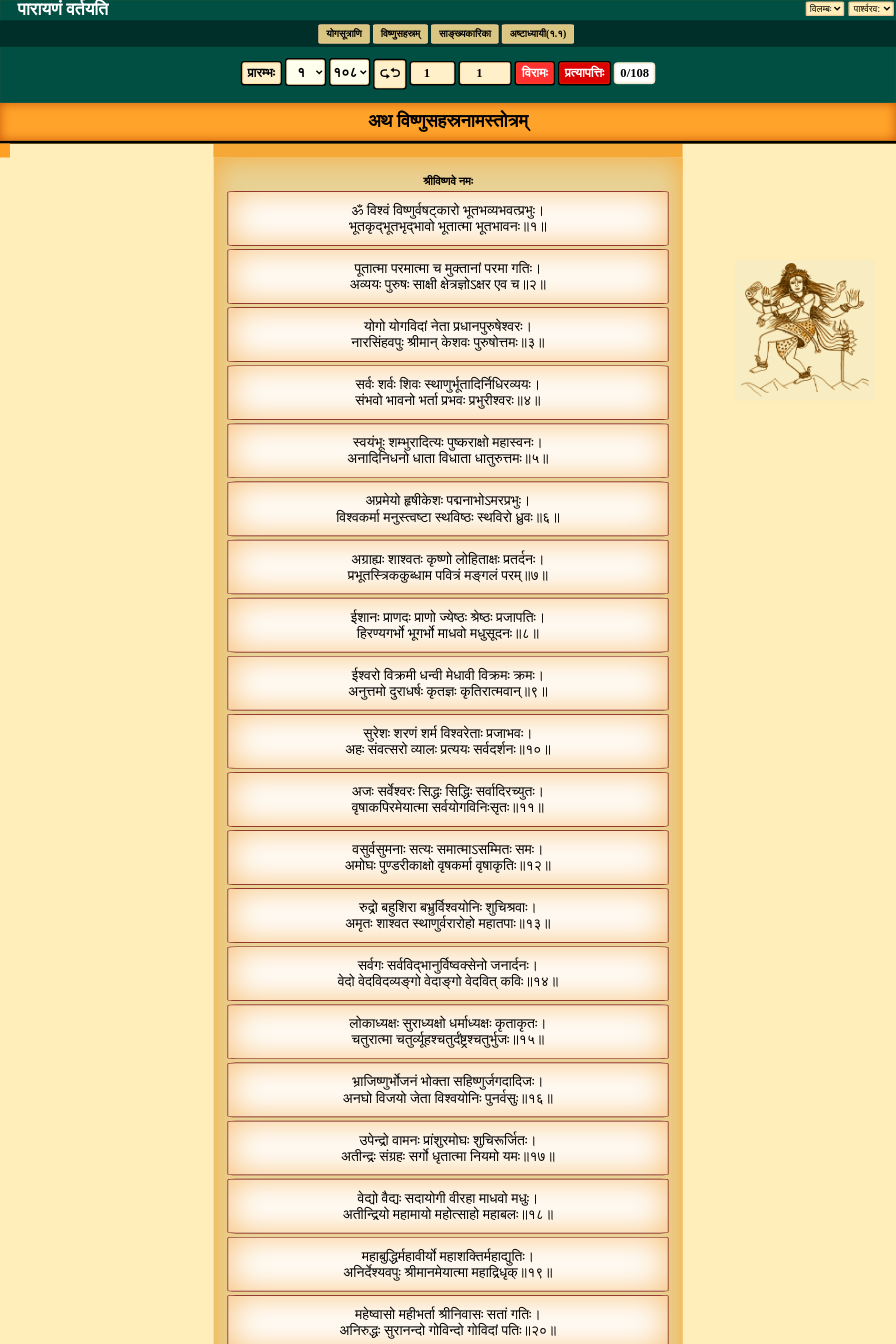
Repository: arshavak/vishnu-sahasranam
Page: index.html
An editor plug-in stored every save of this project. The page is shown before and after the next save, followed by the edit.
The browser window is 1280 px wide. The pictures show the part of the page from y = 0 to 1920 px (the page is 9292 px tall before and 9274 px after), at 70% of full size.

Above is the page before, as saved 2024-12-30 12:35:16.
Not found: scripts/sanskrittime.js

After the next save:
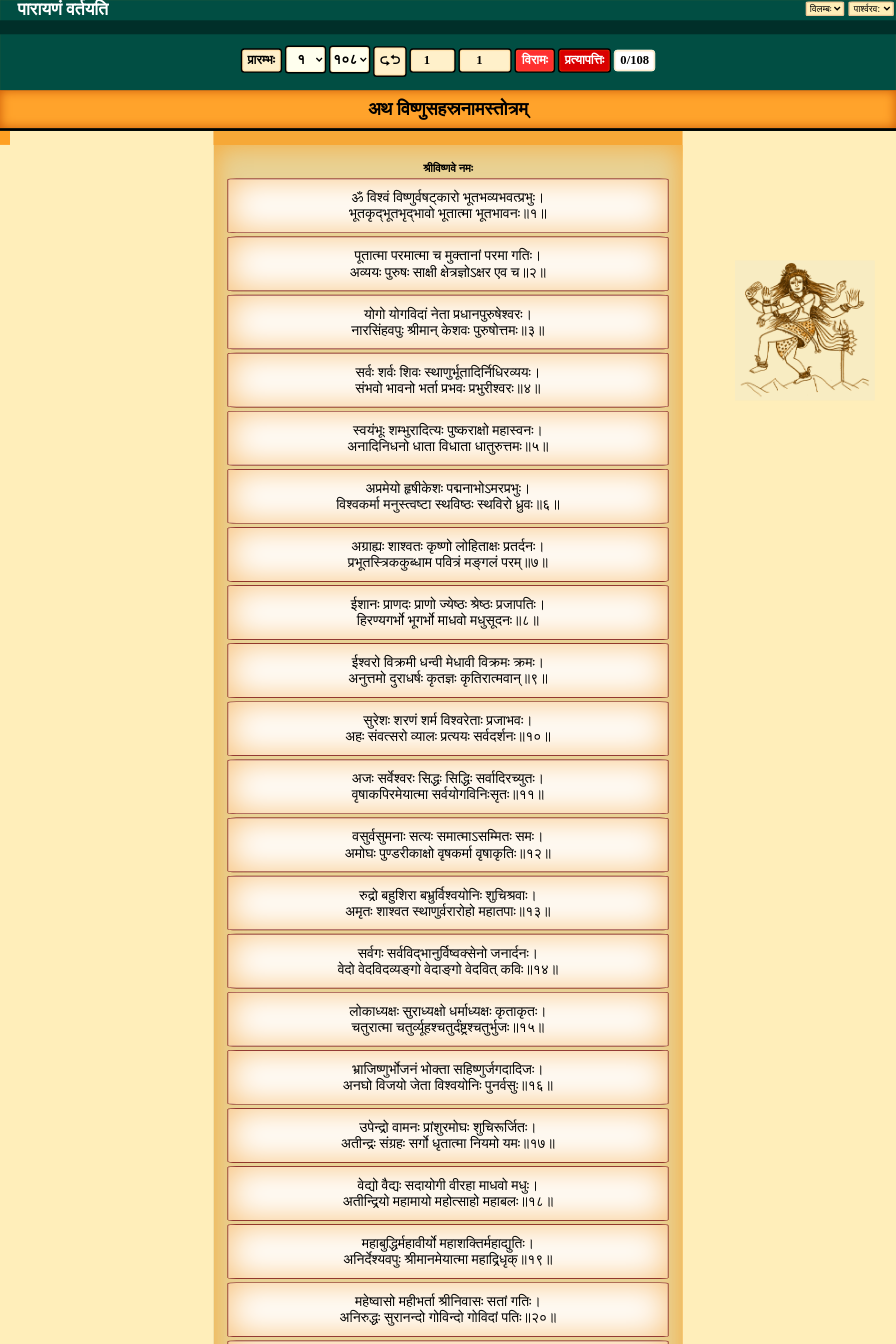
Saved 50 s later.
--- a/scripts/MainScript.js
+++ b/scripts/MainScript.js
@@ -1,44 +1,44 @@
 const topnavbar = document.querySelector(".topnavbar");
-function createLinks() {
-  // Create an array of objects with URL and link text
-  const links = [
-
-    { url: 'YogSutrani.php', text: 'योगसूत्राणि' },
-    { url: 'VisnuSahastranam.php', text: 'विष्णुसहस्रम्' },
-    { url: 'SankhyaKarika.php', text: 'साङ्ख्यकारिका' },
-    { url: 'Ast_1_1.php', text: 'अष्टाध्यायी(१.१)' }
-  ];
-  // Loop through the array and create links
-  for (let i = 0; i < links.length; i++) {
-    const link = document.createElement('a');
-    link.setAttribute('target', '_blank');
-    link.setAttribute('class', 'disabled-link');
-    link.href = links[i].url;
-    link.textContent = links[i].text;
-    topnavbar.appendChild(link); // Append link to the topnavbar
-  }
-}
-// Call the function to create links
-createLinks();
-
-//current page link disaable function
-const currentUrl = window.location.href;
-const disabledLinks = document.querySelectorAll(".disabled-link");
-
-// var links =[];
-//   var currWin = window;
-//   for(var i =0; i<currWin.document.links.length; i++){
-//     links.push(currWin.document.links[i].href);
+// function createLinks() {
+//   // Create an array of objects with URL and link text
+//   const links = [
+
+//     { url: 'YogSutrani.php', text: 'योगसूत्राणि' },
+//     { url: 'VisnuSahastranam.php', text: 'विष्णुसहस्रम्' },
+//     { url: 'SankhyaKarika.php', text: 'साङ्ख्यकारिका' },
+//     { url: 'Ast_1_1.php', text: 'अष्टाध्यायी(१.१)' }
+//   ];
+//   // Loop through the array and create links
+//   for (let i = 0; i < links.length; i++) {
+//     const link = document.createElement('a');
+//     link.setAttribute('target', '_blank');
+//     link.setAttribute('class', 'disabled-link');
+//     link.href = links[i].url;
+//     link.textContent = links[i].text;
+//     topnavbar.appendChild(link); // Append link to the topnavbar
 //   }
-
-disabledLinks.forEach(link => {
-if(link.href === currentUrl){
-  link.addEventListener("click", e => {
-    e.preventDefault();
-  });
-  link.classList.add("disabled");
- }
-});
+// }
+// // Call the function to create links
+// createLinks();
+
+// //current page link disaable function
+// const currentUrl = window.location.href;
+// const disabledLinks = document.querySelectorAll(".disabled-link");
+
+// // var links =[];
+// //   var currWin = window;
+// //   for(var i =0; i<currWin.document.links.length; i++){
+// //     links.push(currWin.document.links[i].href);
+// //   }
+
+// disabledLinks.forEach(link => {
+// if(link.href === currentUrl){
+//   link.addEventListener("click", e => {
+//     e.preventDefault();
+//   });
+//   link.classList.add("disabled");
+//  }
+// });
 
 
 // function for repeating selection
